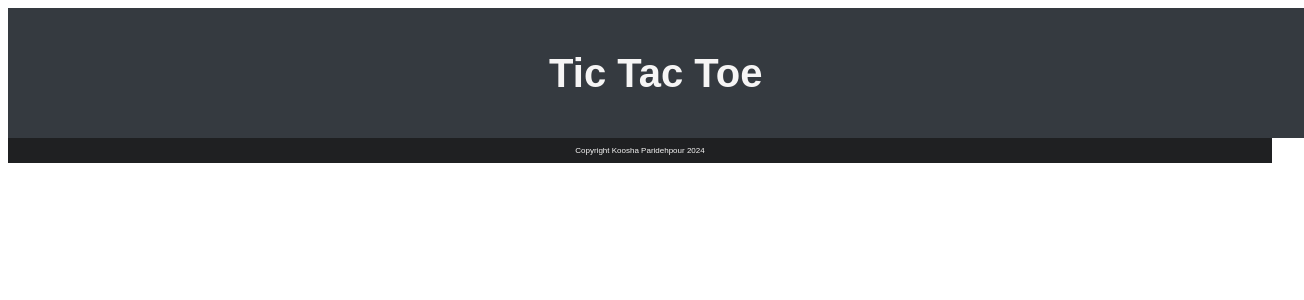
Repository: KooshaPari/odin-TTT
Page: index.html
An editor plug-in stored every save of this project. The page is shown before and after the next save, followed by the edit.
The browser window is 1280 px wide. The page is 1304 px wide, so the pictures cover 1304 px, including what lies to the right of the window. The pictures show the whole page.

Above is the page before, as saved 2024-03-14 22:44:11.

### index.html
<!doctype html>
<html lang="en">
  <head>
    <meta charset="UTF-8" />

    <link rel="stylesheet" href="./style.css" />
    <meta name="viewport" content="width=device-width, initial-scale=1.0" />
    <title>Document</title>
  </head>
  <body>
    <div id="parent">
      <div id="header">
        <h1>Tic Tac Toe</h1>
      </div>
      <div id="body"></div>
      <div id="footer">
        <p>Copyright Koosha Paridehpour 2024</p>
      </div>
    </div>
  </body>
</html>

### style.css
* {
  font-family: sans-serif;
}
#parent {
  background-color: #1f2022;
  width: 100%;
  height: 100%;
}
#header {
  background-color: #353a40;
  padding: 1.25%;
  width: 100%;
  height: 100%;
}
#header h1 {
  color: #f6f5f5;

  font-size: 2.5em;
}
#footer p {
  color: #f6f5f5;
  font-size: 0.5em;
}

#header,
#footer,
#body {
  display: flex;
  align-items: center;
  justify-content: center;
}
#title {
  color: #f6f5f5;
}
#body {
  flex-direction: column;
}

After the next save:
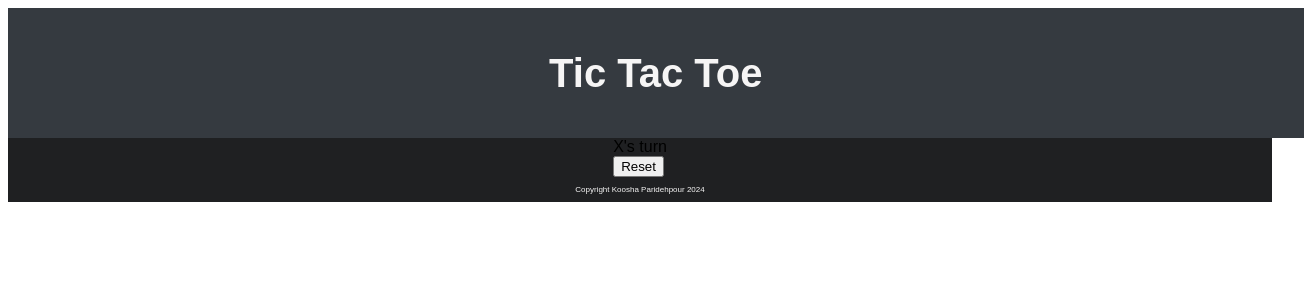
Saved 91 s later.
--- a/index.html
+++ b/index.html
@@ -12,7 +12,23 @@
       <div id="header">
         <h1>Tic Tac Toe</h1>
       </div>
-      <div id="body"></div>
+      <div id="body">
+        <div id="game">
+          <div id="board">
+            <div class="square" id="0"></div>
+            <div class="square" id="1"></div>
+            <div class="square" id="2"></div>
+            <div class="square" id="3"></div>
+            <div class="square" id="4"></div>
+            <div class="square" id="5"></div>
+            <div class="square" id="6"></div>
+            <div class="square" id="7"></div>
+            <div class="square" id="8"></div>
+          </div>
+          <div id="status">X's turn</div>
+          <button id="reset">Reset</button>
+        </div>
+      </div>
       <div id="footer">
         <p>Copyright Koosha Paridehpour 2024</p>
       </div>
